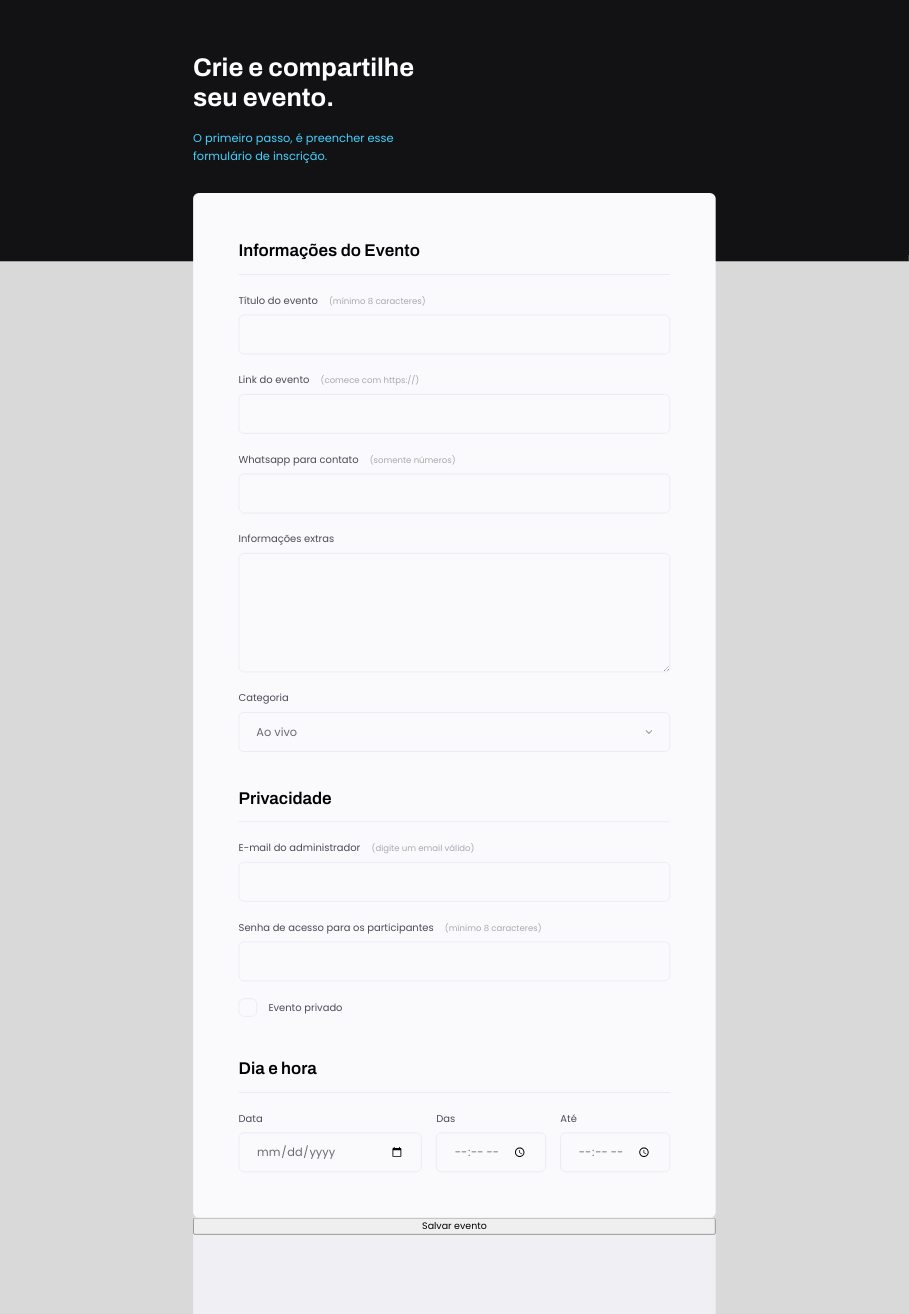
Repository: devMuriloOliveira/Formulario
Page: index.html
The author's editor kept a copy of each file at every save. The page is drawn from the files as they stood at one save, then again after the next save.
The browser window is 1280 px wide. The pictures show the whole page, at 71% of full size.

Above is the page before, as saved 2023-11-03 19:30:09.

### index.html
<!DOCTYPE html>
<html lang="en">
  <head>
    <link rel="preconnect" href="https://fonts.googleapis.com" />
    <link rel="preconnect" href="https://fonts.gstatic.com" crossorigin />
    <meta charset="UTF-8" />
    <meta name="viewport" content="width=device-width, initial-scale=1.0" />
    <title>Crie seu evento</title>
    <link rel="stylesheet" href="style.css" />

    <link
      href="https://fonts.googleapis.com/css2?family=Archivo:wght@600;700&family=Poppins&display=swap"
      rel="stylesheet"
    />
  </head>
  <body>
    <div class="page">
      <header>
        <h1>Crie e compartilhe seu evento.</h1>
        <p>O primeiro passo, é preencher esse formulário de inscrição.</p>
      </header>

      <form>
        <fieldset>
          <div class="fieldset-wrapper">
            <legend>Informações do Evento</legend>

            <div class="input-wrapper">
              <label for="event-title">
                Título do evento <span>(mínimo 8 caracteres)</span>
              </label>
              <input type="text" id="event-title" />
            </div>

            <div class="input-wrapper">
              <label for="event-link">
                Link do evento <span>(comece com https://)</span>
              </label>
              <input type="url" id="event-link" />
            </div>

            <div class="input-wrapper">
              <label for="event-whatsapp">
                Whatsapp para contato <span>(somente números)</span>
              </label>
              <input type="number" id="event-whatsapp" />
            </div>

            <div class="input-wrapper">
              <label for="event-info">Informações extras</label>
              <textarea id="event-info"></textarea>
            </div>

            <div class="input-wrapper">
              <label for="event-category"> Categoria </label>
              <select id="event-category">
                <option value="live">Ao vivo</option>
                <option value="podcast">Podcast</option>
                <option value="mentorship">Mentoria</option>
              </select>
            </div>
          </div>
        </fieldset>

        <fieldset>
          <div class="fieldset-wrapper">
            <legend>Privacidade</legend>

            <div class="input-wrapper">
              <label for="event-email">
                E-mail do administrador <span>(digite um email válido)</span>
              </label>
              <input type="email" id="event-email" />
            </div>

            <div class="input-wrapper">
              <label for="event-password">
                Senha de acesso para os participantes
                <span>(mínimo 8 caracteres)</span>
              </label>
              <input type="password" id="event-password" />
            </div>

            <div class="checkbox-wrapper">
              <input type="checkbox" id="event-private" />
              <label for="event-private">Evento privado</label>
            </div>
          </div>
        </fieldset>

        <fieldset>
          <div class="fieldset-wrapper">
            <legend>Dia e hora</legend>

            <div class="col-3">
              <div class="input-wrapper">
                <label for="event-date"> Data </label>
                <input type="date" id="event-date" />
              </div>

              <div class="input-wrapper">
                <label for="event-begin"> Das </label>
                <input type="time" id="event-begin" />
              </div>

              <div class="input-wrapper">
                <label for="event-end"> Até </label>
                <input type="time" id="event-end" />
              </div>
            </div>
          </div>
        </fieldset>
      </form>
      <footer>
        <input type="submit" value="Salvar evento" />
      </footer>
    </div>
  </body>
</html>

### style.css
*{
  padding: 0;
  margin: 0;
  box-sizing: border-box;
}

body, input, button, select, textarea{
  font-family: 'Poppins', sans-serif;
}

body{
  background-color: #D9D9D9;
}

body::before{
  content: '';
  width: 100%;
  height: 368px;

  position: absolute;
  top: 0;
  left: 0;
  z-index: -1;
  background: #121214;
}

.page{
  width: 736px;
  margin: auto;
}

header{
  width: 319px;
  margin-top: 74px;

}

header h1{
  font-family: 'Archivo', sans-serif;
  font-weight: bold;

  font-size: 36px;
  line-height: 42px;
  color: white;

  margin-bottom: 24px;
}

header p{
  color: #42D3FF;
  font-size: 16px;
  line-height: 26px;
}

form{
  margin-top: 38px;
  background: #FAFAFC;

  border-radius: 8px;
  min-height: 300px;

  padding: 64px;

  display: flex;
  flex-direction: column;
  gap: 48px;
}

fieldset{
  border: none;
}

.fieldset-wrapper{
  display: flex;
  flex-direction: column;
  gap: 24px;
}


fieldset legend{
  font-family: 'Archivo';
  font-weight: 600;
  font-size: 24px;
  line-height: 34px;

  width: 100%;
  border-bottom: 1px solid #E6E6F0;

  padding-bottom: 16px;
}

.input-wrapper{
  display: flex;
  flex-direction: column;
}

.input-wrapper label,
.checkbox-wrapper{
  font-size: 14px;
  line-height: 24px;

  color: #4E4958;
  margin-bottom: 8px;
}

.input-wrapper label span{
  margin-left: 12px;

  line-height: 20px;
  font-size: 12px;
  color: #a9a7af;
}

.input-wrapper label span:hover{
  color: #6c6a71;
}

 .input-wrapper input,
 .input-wrapper textarea,
 .input-wrapper select{
  background: #FAFAFC;

  border: 1px solid #E6E6F0;
  border-radius: 8px;
  height: 56px;

  padding: 0 24px;
  font-size: 16px;

  line-height: 26px;

  color: #6C6A71;
}

.input-wrapper textarea{
 padding: 0;
 height: 168px;


}

.input-wrapper select{
  appearance: none;
  background-image: url("data:[embedded picture, 242 characters]");
  background-repeat: no-repeat;
  background-position: right 24px top 50%;
}

.col-3{
  display: flex;
  gap: 20px;
}

.col-3 > div:nth-child(1){
  width: 100%;
}

.checkbox-wrapper{
  position: relative;
}

.checkbox-wrapper label{
  display: flex;
  align-items: center;
  margin: 0;
  gap: 16px;
}

.checkbox-wrapper input{
  position: absolute;
  top: 0;
  left: 0;
  width: 24px;
  height: 24px;

  opacity: 0;
}

.checkbox-wrapper label::before{
  content: '';
  width: 24px;
  height: 24px;
  display: block;
  border: 1px solid #E6E6F0;
  border-radius: 8px;
}

.checkbox-wrapper input:checked + label::before{
  background-image: url("data:[embedded picture, 386 characters]");
}

.checkbox-wrapper input:focus + label::before{
  outline: 2px solid black;
}

footer{
  background-color: #F0F0F4;
  height: 136px;

  display: flex;
  flex-direction: column;
}

After the next save:
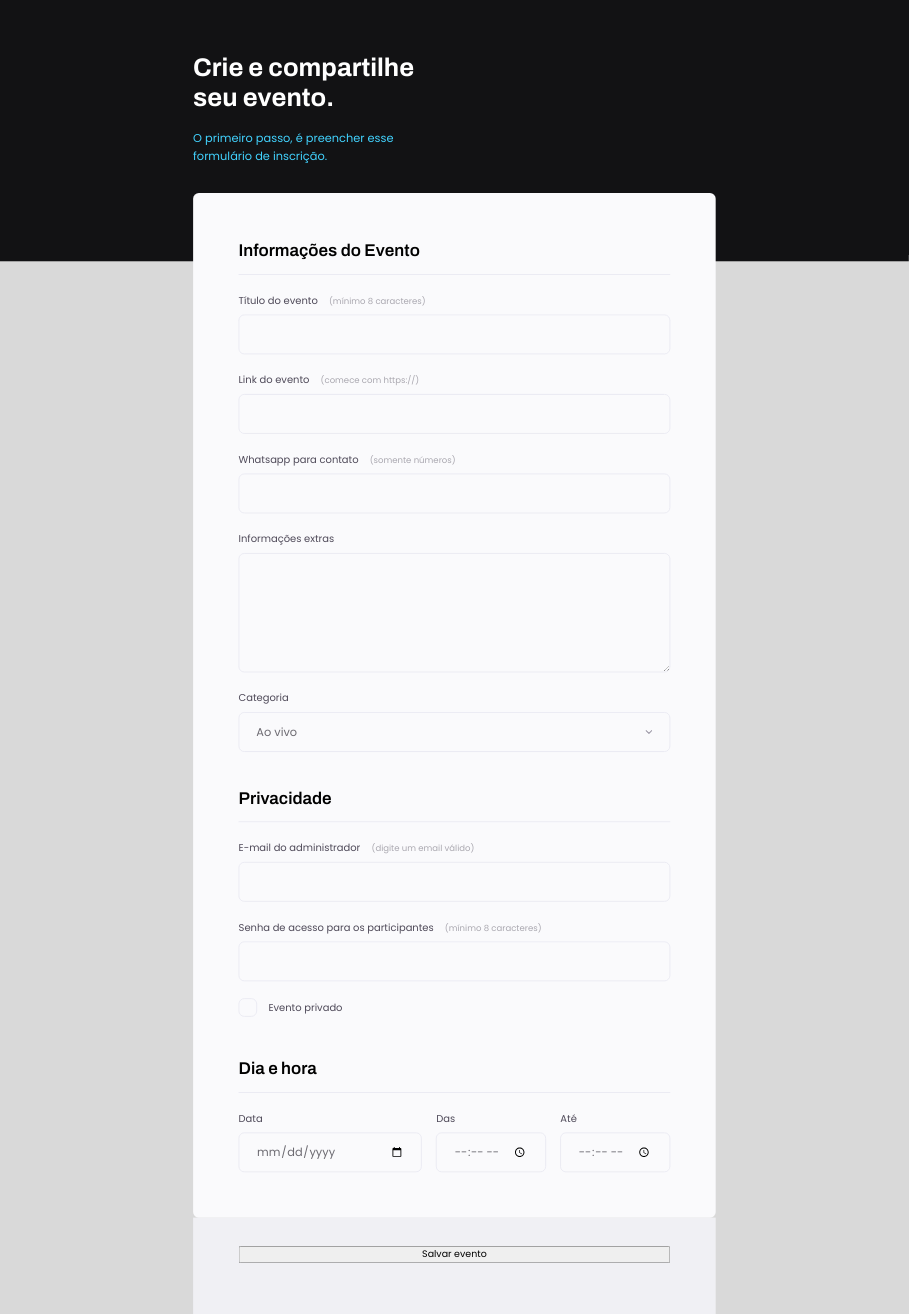
Saved 55 s later.
--- a/style.css
+++ b/style.css
@@ -199,4 +199,6 @@ footer{
 
   display: flex;
   flex-direction: column;
-}
+
+  padding: 40px 64px;
+}
